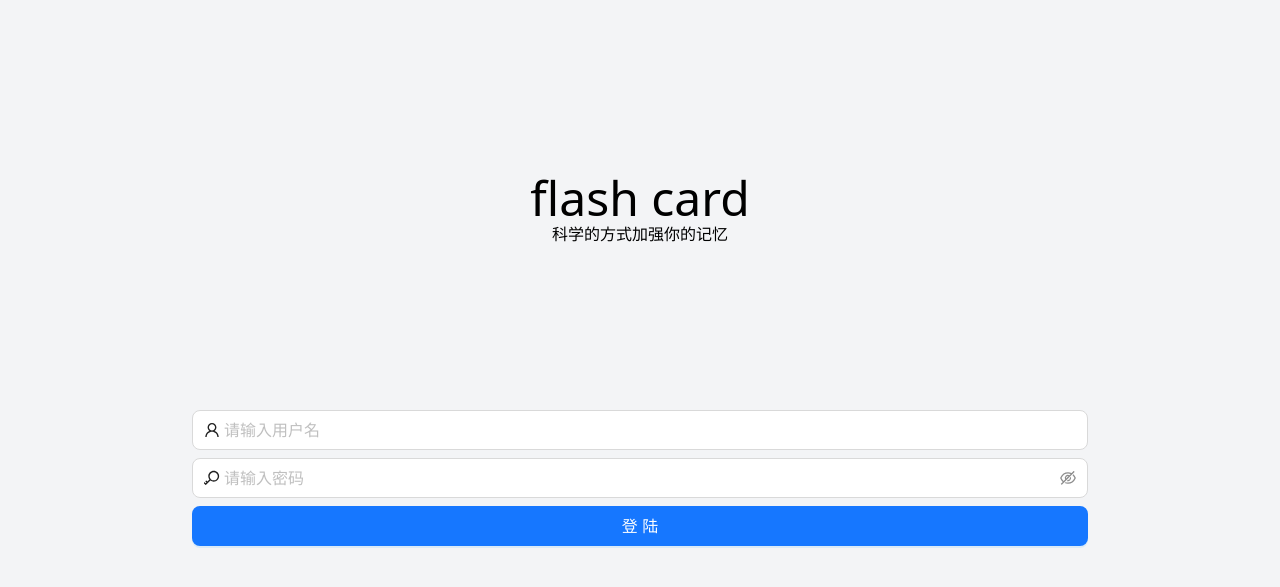
Repository: wujieli0207/tiny-flash-card
Page: /#/login
An editor plug-in stored every save of this project. The page is shown before and after the next save, followed by the edit.
The browser window is 1280 px wide. The pictures show the whole page.
The project was rebuilt for these pictures with package versions that can differ from the ones it lists, and the page was loaded fresh each time. Also part of the build but not shown: vite.config.ts.

Above is the page before, as saved 2023-06-11 18:32:22.

### index.html
<!DOCTYPE html>
<html lang="en">
  <head>
    <meta charset="UTF-8" />
    <link rel="icon" type="image/svg+xml" href="/vite.svg" />
    <meta name="viewport" content="width=device-width, initial-scale=1.0" />
    <title>tiny-flash-card</title>
  </head>
  <body>
    <div id="root"></div>
    <script type="module" src="/src/client/main.tsx"></script>
  </body>
</html>

### src/client/main.tsx
import { createRoot } from 'react-dom/client'
import App from './App'

import './styles/index.css'

// eslint-disable-next-line @typescript-eslint/no-non-null-assertion
const rootContainer = document.getElementById('root')!

createRoot(rootContainer).render(<App />)

### src/client/App.tsx
import { RouterProvider } from 'react-router-dom'
import { routes } from './route'

const APP = () => {
  return <RouterProvider router={routes} />
}

export default APP

### src/client/route.tsx
import { ComponentType, Suspense, lazy } from 'react'
import { createHashRouter, Outlet } from 'react-router-dom'

const lazyLoad = (
  compLoader: () => Promise<{ default: ComponentType<unknown> }>
) => {
  const Comp = lazy(compLoader)
  return (
    <Suspense fallback={<div>Loading...</div>}>
      <Comp />
    </Suspense>
  )
}

export const routes = createHashRouter([
  {
    path: '/',
    children: [
      // 登陆
      {
        path: '/login',
        element: lazyLoad(() => import('./pages/login.tsx')),
      },
    ],
    element: <Outlet />,
  },
])

### src/client/pages/login.tsx
import { useRef, useState } from 'react'
import { Input, Button } from 'antd'
import type { InputRef } from 'antd'
import { UserOutlined, KeyOutlined } from '@ant-design/icons'
import { PageTitle } from '@/client/components/PageTitle'
import { messageError } from '@/client/utils/message'

const Login = () => {
  // 用户名
  const [username, setUsername] = useState('')
  // 密码
  const [password, setPassword] = useState('')
  // 用户名输入框
  const usernameRef = useRef<InputRef>(null)
  // 密码输入框
  const passwordRef = useRef<InputRef>(null)

  const onSubmit = () => {
    if (!username) {
      messageError('请输入用户名')
      usernameRef.current?.focus()
      return
    }

    if (!password) {
      messageError('请输入密码')
      passwordRef.current?.focus()
      return
    }
  }

  return (
    <div className="h-screen w-screen bg-gray-100 flex flex-col justify-center items-center dark:text-gray-100">
      <PageTitle title="登陆" />

      <header className="w-screen text-center min-h-[236px]">
        <div className="text-5xl">flash card</div>
        <div>科学的方式加强你的记忆</div>
      </header>

      <div className="w-[70%]">
        <Input
          value={username}
          ref={usernameRef}
          placeholder="请输入用户名"
          size="large"
          prefix={<UserOutlined />}
          className="mb-2"
          onChange={(e) => setUsername(e.target.value)}
          onKeyUp={(e) => {
            if (e.key === 'Enter') {
              passwordRef.current?.focus()
            }
          }}
        />
        <Input.Password
          value={password}
          ref={passwordRef}
          placeholder="请输入密码"
          size="large"
          prefix={<KeyOutlined />}
          className="mb-2"
          onChange={(e) => setPassword(e.target.value)}
          onKeyUp={(e) => {
            if (e.key === 'Enter') {
              onSubmit()
            }
          }}
        />
        <Button type="primary" size="large" block onClick={onSubmit}>
          登 陆
        </Button>
      </div>
    </div>
  )
}

export default Login

### src/client/components/PageTitle.tsx
import { FC } from 'react'
import { Helmet } from 'react-helmet'

interface IProps {
  title: string
}

export const PageTitle: FC<IProps> = (props) => {
  return (
    <Helmet>
      <title>{props.title} - flash card</title>
    </Helmet>
  )
}

### src/client/utils/message.ts
import { App, message as antdMessage } from 'antd'
import { MessageInstance, NoticeType } from 'antd/es/message/interface'

let messageInstance: MessageInstance = antdMessage

export const useInitMessage = () => {
  const staticFunction = App.useApp()
  messageInstance = staticFunction.message
}

export const message = (type: NoticeType, content: string) => {
  return messageInstance.open({ type, content })
}

export const messageSuccess = (content: string) => {
  return messageInstance.success(content)
}

export const messageError = (content: string) => {
  return messageInstance.error(content)
}

export const messageWarning = (content: string) => {
  return messageInstance.warning(content)
}

export const messageInfo = (content: string) => {
  return messageInstance.info(content)
}

### tailwind.config.js
/* eslint-disable no-undef */
/** @type {import('tailwindcss').Config} */
export default {
  darkMode: ['class', '[data-theme="dark"]'],
  content: ['./src/**/*.{js,jsx,ts,tsx,html}'],
  theme: {
    extend: {},
  },
  plugins: [require('@tailwindcss/typography')],
}

Loaded but not shown: src/client/styles/index.css (common file)

After the next save:
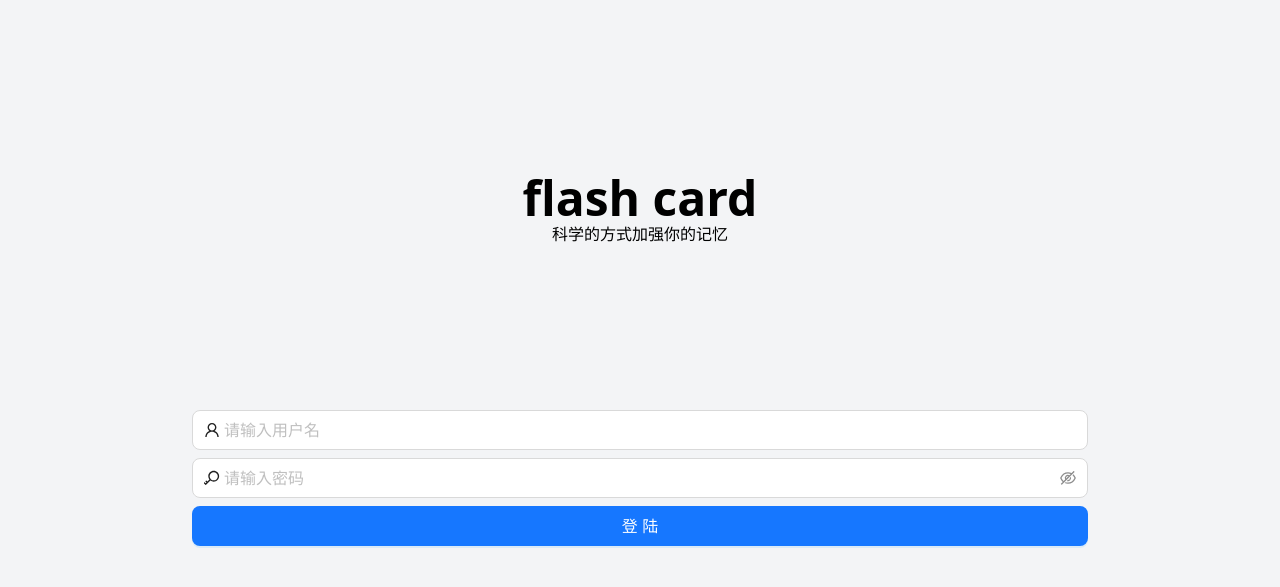
Saved 13 s later.
--- a/src/client/pages/login.tsx
+++ b/src/client/pages/login.tsx
@@ -34,7 +34,7 @@ const Login = () => {
       <PageTitle title="登陆" />
 
       <header className="w-screen text-center min-h-[236px]">
-        <div className="text-5xl">flash card</div>
+        <div className="text-5xl font-bold text-mainColor">flash card</div>
         <div>科学的方式加强你的记忆</div>
       </header>
 
